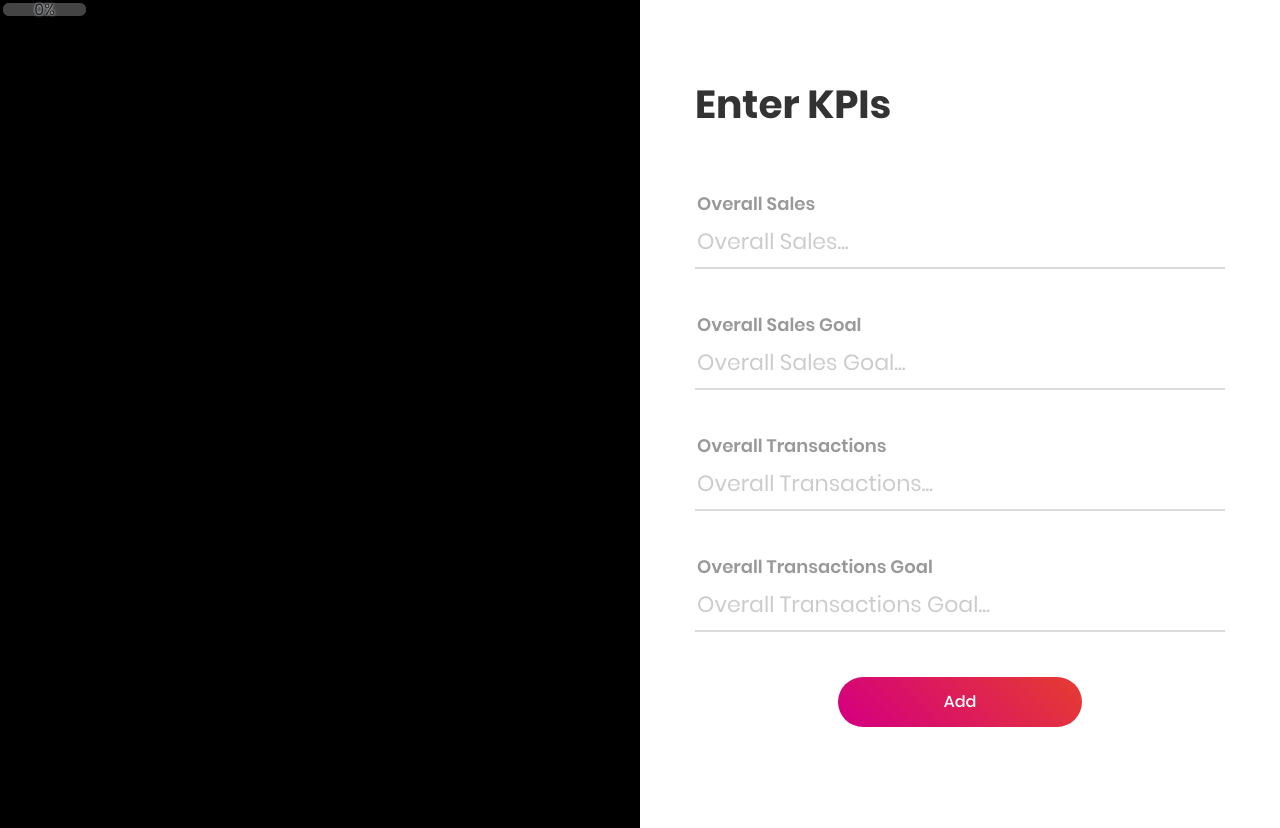
Repository: jameyel/kpi-entry
Page: index.html
These files come from the project's save history. The page is drawn as it stood at one moment and after the next save; the edit follows.
The browser window is 1280 px wide. The pictures show the whole page.

Above is the page before, as saved 2018-12-09 17:47:28.

### index.html
<!DOCTYPE html>
<html lang="en">
  <head>
    <title>Contact V13</title>
    <meta charset="UTF-8" />
    <meta name="viewport" content="width=device-width, initial-scale=1" />
    <!--
      ===============================================================================================
    -->
    <link rel="icon" type="image/png" href="images/icons/favicon.ico" />
    <!--
      ===============================================================================================
    -->
    <link
      rel="stylesheet"
      type="text/css"
      href="vendor/bootstrap/css/bootstrap.min.css"
    />
    <!--
      ===============================================================================================
    -->
    <link
      rel="stylesheet"
      type="text/css"
      href="fonts/font-awesome-4.7.0/css/font-awesome.min.css"
    />
    <!--
      ===============================================================================================
    -->
    <link
      rel="stylesheet"
      type="text/css"
      href="fonts/Linearicons-Free-v1.0.0/icon-font.min.css"
    />
    <!--
      ===============================================================================================
    -->
    <link
      rel="stylesheet"
      type="text/css"
      href="fonts/iconic/css/material-design-iconic-font.min.css"
    />
    <!--
      ===============================================================================================
    -->
    <link rel="stylesheet" type="text/css" href="vendor/animate/animate.css" />
    <!--
      ===============================================================================================
    -->
    <link
      rel="stylesheet"
      type="text/css"
      href="vendor/css-hamburgers/hamburgers.min.css"
    />
    <!--
      ===============================================================================================
    -->
    <link
      rel="stylesheet"
      type="text/css"
      href="vendor/animsition/css/animsition.min.css"
    />
    <!--
      ===============================================================================================
    -->
    <link
      rel="stylesheet"
      type="text/css"
      href="vendor/select2/select2.min.css"
    />
    <!--
      ===============================================================================================
    -->
    <link
      rel="stylesheet"
      type="text/css"
      href="vendor/daterangepicker/daterangepicker.css"
    />
    <link rel="stylesheet" type="text/css" href="./css/loading-bar.css" />
    <!--
      ===============================================================================================
    -->
    <link rel="stylesheet" type="text/css" href="css/util.css" />
    <link rel="stylesheet" type="text/css" href="css/main.css" />
    <!--
      ===============================================================================================
    -->
  </head>
  <body>
    <div class="container-kpi100">
      <div class="kpi100-chart">
        <div class="label-center ld-overall-sales"></div>
      </div>

      <div class="wrap-kpi100">
        <form class="kpi100-form validate-form">
          <span class="kpi100-form-title"> Enter KPIs </span>

          <div
            class="wrap-input100 validate-input"
            data-validate="Overall Sales are required"
          >
            <span class="label-input100">Overall Sales</span>
            <input
              class="input100 overall-sales"
              type="text"
              name="os"
              placeholder="Overall Sales..."
            />
            <span class="focus-input100"></span>
          </div>

          <div
            class="wrap-input100 validate-input"
            data-validate="Valid email is required: ex@abc.xyz"
          >
            <span class="label-input100">Overall Sales Goal</span>
            <input
              class="input100"
              type="text"
              name="osg"
              placeholder="Overall Sales Goal..."
            />
            <span class="focus-input100"></span>
          </div>

          <div class="wrap-input100">
            <span class="label-input100">Overall Transactions</span>
            <input
              class="input100"
              type="text"
              name="ot"
              placeholder="Overall Transactions..."
            />
            <span class="focus-input100"></span>
          </div>

          <div class="wrap-input100">
            <span class="label-input100">Overall Transactions Goal</span>
            <input
              class="input100"
              type="text"
              name="otg"
              placeholder="Overall Transactions Goal..."
            />
            <span class="focus-input100"></span>
          </div>

          <div class="container-kpi100-form-btn">
            <div class="wrap-kpi100-form-btn">
              <div class="kpi100-form-bgbtn"></div>
              <button class="kpi100-form-btn">Add</button>
            </div>
          </div>
        </form>
      </div>
    </div>

    <div id="dropDownSelect1"></div>

    <!--
      ===============================================================================================
    -->
    <script src="vendor/jquery/jquery-3.2.1.min.js"></script>
    <!--
      ===============================================================================================
    -->
    <script src="vendor/animsition/js/animsition.min.js"></script>
    <!--
      ===============================================================================================
    -->
    <script src="vendor/bootstrap/js/popper.js"></script>
    <script src="vendor/bootstrap/js/bootstrap.min.js"></script>
    <!--
      ===============================================================================================
    -->
    <script src="vendor/select2/select2.min.js"></script>
    <!--
      ===============================================================================================
    -->
    <script src="vendor/daterangepicker/moment.min.js"></script>
    <script src="vendor/daterangepicker/daterangepicker.js"></script>
    <!--
      ===============================================================================================
    -->
    <script src="vendor/countdowntime/countdowntime.js"></script>
    <!--
      ===============================================================================================
    -->
    <script src="js/chart-custom.js"></script>
    <!--
      ===============================================================================================
    -->
    <script type="text/javascript" src="./js/loading-bar.js"></script>
    <script src="js/main.js"></script>
  </body>
</html>

### css/main.css
/*//////////////////////////////////////////////////////////////////
[ FONT ]*/

@font-face {
  font-family: Poppins-Regular;
  src: url('../fonts/poppins/Poppins-Regular.ttf');
}

@font-face {
  font-family: Poppins-Medium;
  src: url('../fonts/poppins/Poppins-Medium.ttf');
}

@font-face {
  font-family: Poppins-Bold;
  src: url('../fonts/poppins/Poppins-Bold.ttf');
}

@font-face {
  font-family: Poppins-SemiBold;
  src: url('../fonts/poppins/Poppins-SemiBold.ttf');
}

/*//////////////////////////////////////////////////////////////////
[ RESTYLE TAG ]*/

* {
  margin: 0px;
  padding: 0px;
  box-sizing: border-box;
}

body,
html {
  height: 100%;
  font-family: Poppins-Regular, sans-serif;
}

/*---------------------------------------------*/
a {
  font-family: Poppins-Regular;
  font-size: 14px;
  line-height: 1.7;
  color: #666666;
  margin: 0px;
  transition: all 0.4s;
  -webkit-transition: all 0.4s;
  -o-transition: all 0.4s;
  -moz-transition: all 0.4s;
}

a:focus {
  outline: none !important;
}

a:hover {
  text-decoration: none;
}

/*---------------------------------------------*/
h1,
h2,
h3,
h4,
h5,
h6 {
  margin: 0px;
}

p {
  font-family: Poppins-Regular;
  font-size: 14px;
  line-height: 1.7;
  color: #666666;
  margin: 0px;
}

ul,
li {
  margin: 0px;
  list-style-type: none;
}

/*---------------------------------------------*/
input {
  outline: none;
  border: none;
}

input[type='number'] {
  -moz-appearance: textfield;
  appearance: none;
  -webkit-appearance: none;
}

input[type='number']::-webkit-outer-spin-button,
input[type='number']::-webkit-inner-spin-button {
  -webkit-appearance: none;
}

textarea {
  outline: none;
  border: none;
}

textarea:focus,
input:focus {
  border-color: transparent !important;
}

input:focus::-webkit-input-placeholder {
  color: transparent;
}
input:focus:-moz-placeholder {
  color: transparent;
}
input:focus::-moz-placeholder {
  color: transparent;
}
input:focus:-ms-input-placeholder {
  color: transparent;
}

textarea:focus::-webkit-input-placeholder {
  color: transparent;
}
textarea:focus:-moz-placeholder {
  color: transparent;
}
textarea:focus::-moz-placeholder {
  color: transparent;
}
textarea:focus:-ms-input-placeholder {
  color: transparent;
}

input::-webkit-input-placeholder {
  color: #cccccc;
}
input:-moz-placeholder {
  color: #cccccc;
}
input::-moz-placeholder {
  color: #cccccc;
}
input:-ms-input-placeholder {
  color: #cccccc;
}

textarea::-webkit-input-placeholder {
  color: #cccccc;
}
textarea:-moz-placeholder {
  color: #cccccc;
}
textarea::-moz-placeholder {
  color: #cccccc;
}
textarea:-ms-input-placeholder {
  color: #cccccc;
}

/*---------------------------------------------*/
button {
  outline: none !important;
  border: none;
  background: transparent;
}

button:hover {
  cursor: pointer;
}

iframe {
  border: none !important;
}

/*//////////////////////////////////////////////////////////////////
[ Contact ]*/

.container-kpi100 {
  width: 100%;
  min-height: 100vh;
  display: -webkit-box;
  display: -webkit-flex;
  display: -moz-box;
  display: -ms-flexbox;
  display: flex;
  flex-wrap: wrap;
  justify-content: flex-end;
  align-items: center;
  background: transparent;
  position: relative;
  z-index: 1;
}

.kpi100-chart {
  position: absolute;
  z-index: -2;
  width: calc(100% - 640px);
  height: 100%;
  top: 0;
  left: 0;
  background: #000;
}

.wrap-kpi100 {
  width: 640px;
  min-height: 100vh;
  background: #fff;
  border-radius: 2px;
  padding: 82px 55px 33px 55px;
  position: relative;
}

.show-wrap-kpi100 {
  visibility: visible;
  opacity: 1;
}

/*==================================================================
[ Form ]*/

.kpi100-form {
  width: 100%;
  display: -webkit-box;
  display: -webkit-flex;
  display: -moz-box;
  display: -ms-flexbox;
  display: flex;
  flex-wrap: wrap;
  justify-content: space-between;
  padding-bottom: 68px;
}

.kpi100-form-title {
  display: block;
  width: 100%;
  font-family: Poppins-Bold;
  font-size: 39px;
  color: #333333;
  line-height: 1.2;
  text-align: left;
  padding-bottom: 64px;
}

/*------------------------------------------------------------------
[ Input ]*/

.wrap-input100 {
  width: 100%;
  position: relative;
  border-bottom: 2px solid #dbdbdb;
  margin-bottom: 45px;
}

.label-input100 {
  font-family: Poppins-SemiBold;
  font-size: 18px;
  color: #999999;
  line-height: 1.2;
  padding-left: 2px;
}

.input100 {
  display: block;
  width: 100%;
  background: transparent;
  font-family: Poppins-Regular;
  font-size: 22px;
  color: #555555;
  line-height: 1.2;
  padding: 0 2px;
}

.focus-input100 {
  position: absolute;
  display: block;
  width: 100%;
  height: 100%;
  top: 0;
  left: 0;
  pointer-events: none;
}

.focus-input100::before {
  content: '';
  display: block;
  position: absolute;
  bottom: -2px;
  left: 0;
  width: 0;
  height: 2px;

  -webkit-transition: all 0.4s;
  -o-transition: all 0.4s;
  -moz-transition: all 0.4s;
  transition: all 0.4s;

  background: #df254e;
  background: -webkit-linear-gradient(45deg, #d5007d, #e53935);
  background: -o-linear-gradient(45deg, #d5007d, #e53935);
  background: -moz-linear-gradient(45deg, #d5007d, #e53935);
  background: linear-gradient(45deg, #d5007d, #e53935);
}

/*---------------------------------------------*/
input.input100 {
  height: 50px;
}

textarea.input100 {
  min-height: 140px;
  padding-top: 13px;
  padding-bottom: 13px;
}

.input100:focus + .focus-input100::before {
  width: 100%;
}

.has-val.input100 + .focus-input100::before {
  width: 100%;
}

/*------------------------------------------------------------------
[ Button ]*/
.container-kpi100-form-btn {
  width: 100%;
  display: -webkit-box;
  display: -webkit-flex;
  display: -moz-box;
  display: -ms-flexbox;
  display: flex;
  flex-wrap: wrap;
  justify-content: center;
}

.wrap-kpi100-form-btn {
  display: block;
  position: relative;
  z-index: 1;
  border-radius: 25px;
  overflow: hidden;
}

.kpi100-form-bgbtn {
  position: absolute;
  z-index: -1;
  width: 300%;
  height: 100%;
  background: #df2351;
  background: -webkit-linear-gradient(
    -135deg,
    #d5007d,
    #e53935,
    #d5007d,
    #e53935
  );
  background: -o-linear-gradient(-135deg, #d5007d, #e53935, #d5007d, #e53935);
  background: -moz-linear-gradient(-135deg, #d5007d, #e53935, #d5007d, #e53935);
  background: linear-gradient(-135deg, #d5007d, #e53935, #d5007d, #e53935);
  top: 0;
  left: -100%;
  -webkit-transition: all 0.4s;
  -o-transition: all 0.4s;
  -moz-transition: all 0.4s;
  transition: all 0.4s;
}
.kpi100-form-btn {
  display: -webkit-box;
  display: -webkit-flex;
  display: -moz-box;
  display: -ms-flexbox;
  display: flex;
  justify-content: center;
  align-items: center;
  padding: 0 20px;
  min-width: 244px;
  height: 50px;
  font-family: Poppins-Medium;
  font-size: 16px;
  color: #fff;
  line-height: 1.2;
}
.wrap-kpi100-form-btn:hover .kpi100-form-bgbtn {
  left: 0;
}
/* ------------------------------------------------------------------
[ Responsive ] */
@media (max-width: 576px) {
  .wrap-kpi100 {
    padding: 82px 15px 33px 15px;
  }
}
/* ------------------------------------------------------------------
[ Alert validate ] */
.validate-input {
  position: relative;
}
.alert-validate::before {
  content: attr(data-validate);
  position: absolute;
  max-width: 70%;
  background-color: #fff;
  border: 1px solid #c80000;
  border-radius: 2px;
  padding: 4px 30px 4px 10px;
  bottom: calc((100% - 25px) / 2);
  -webkit-transform: translateY(50%);
  -moz-transform: translateY(50%);
  -ms-transform: translateY(50%);
  -o-transform: translateY(50%);
  transform: translateY(50%);
  right: 2px;
  pointer-events: none;
  font-family: Poppins-Medium;
  color: #c80000;
  font-size: 14px;
  line-height: 1.4;
  text-align: left;
  visibility: hidden;
  opacity: 0;
  -webkit-transition: opacity 0.4s;
  -o-transition: opacity 0.4s;
  -moz-transition: opacity 0.4s;
  transition: opacity 0.4s;
}
.alert-validate::after {
  content: '\f06a';
  font-family: FontAwesome;
  display: block;
  position: absolute;
  color: #c80000;
  font-size: 18px;
  bottom: calc((100% - 25px) / 2);
  -webkit-transform: translateY(50%);
  -moz-transform: translateY(50%);
  -ms-transform: translateY(50%);
  -o-transform: translateY(50%);
  transform: translateY(50%);
  right: 8px;
}
.alert-validate:hover:before {
  visibility: visible;
  opacity: 1;
}
@media (max-width: 992px) {
  .alert-validate::before {
    visibility: visible;
    opacity: 1;
  }
}
.true-validate::after {
  content: '\f26b';
  font-family: Material-Design-Iconic-Font;
  font-size: 22px;
  color: #00ad5f;
  display: -webkit-box;
  display: -webkit-flex;
  display: -moz-box;
  display: -ms-flexbox;
  display: flex;
  align-items: center;
  justify-content: center;
  position: absolute;
  bottom: calc((100% - 25px) / 2);
  -webkit-transform: translateY(50%);
  -moz-transform: translateY(50%);
  -ms-transform: translateY(50%);
  -o-transform: translateY(50%);
  transform: translateY(50%);
  right: 5px;
}
/* ==================================================================
[ Contact more ] */
.kpi100-more {
  font-family: Poppins-Medium;
  font-size: 16px;
  color: #fff;
  position: fixed;
  z-index: -1;
  display: -webkit-box;
  display: -webkit-flex;
  display: -moz-box;
  display: -ms-flexbox;
  display: flex;
  justify-content: center;
  align-items: center;
  min-width: 212px;
  height: 50px;
  border-radius: 25px;
  background-color: #39b54a;
  padding: 0 20px;
  top: 50%;
  left: calc((100% - 640px) / 2);
  -webkit-transform: translate(-50%, -50%);
  -moz-transform: translate(-50%, -50%);
  -ms-transform: translate(-50%, -50%);
  -o-transform: translate(-50%, -50%);
  transform: translate(-50%, -50%);
}
.kpi100-more i {
  font-size: 20px;
  margin-right: 10px;
}
@media (max-width: 1200px) {
  .wrap-kpi100 {
    width: 440px;
  }
  .kpi100-map {
    width: calc(100% - 440px);
  }
  .kpi100-more {
    left: calc((100% - 440px) / 2);
  }
}
@media (max-width: 768px) {
  .wrap-kpi100 {
    width: 100%;
  }
  .kpi100-map {
    display: none;
  }
  .kpi100-more {
    position: absolute;
    background-color: transparent;
    color: #39b54a;
    bottom: 0px;
    top: auto;
    left: 50%;
    z-index: 10;
  }
}

### js/chart-custom.js
$(document).ready(() => {
  new ldBar('.ld-overall-sales', {
    preset: 'energy',
    value: '0'
  });
  //   $('.ld-overall-sales').attr('data-value', '00');
  $('.overall-sales').on('blur', () => {
    // $('.ld-overall-sales').attr('data-value', '20');
    new ldBar('.ld-overall-sales', {
      preset: 'energy',
      value: '20'
    });
  });
});

Loaded but not shown: vendor/bootstrap/css/bootstrap.min.css (library); fonts/font-awesome-4.7.0/css/font-awesome.min.css (library); fonts/Linearicons-Free-v1.0.0/icon-font.min.css (library); fonts/iconic/css/material-design-iconic-font.min.css (library); vendor/animate/animate.css (library); vendor/css-hamburgers/hamburgers.min.css (library); vendor/animsition/css/animsition.min.css (library); vendor/select2/select2.min.css (library); vendor/daterangepicker/daterangepicker.css (library); css/loading-bar.css (common file); vendor/jquery/jquery-3.2.1.min.js (library); vendor/animsition/js/animsition.min.js (library); vendor/bootstrap/js/popper.js (library); vendor/bootstrap/js/bootstrap.min.js (library); vendor/select2/select2.min.js (library); vendor/daterangepicker/moment.min.js (library); vendor/daterangepicker/daterangepicker.js (library); vendor/countdowntime/countdowntime.js (common file); js/loading-bar.js (803 lines, source omitted); js/main.js (94 lines, source omitted); css/util.css (2984 lines, source omitted)

After the next save:
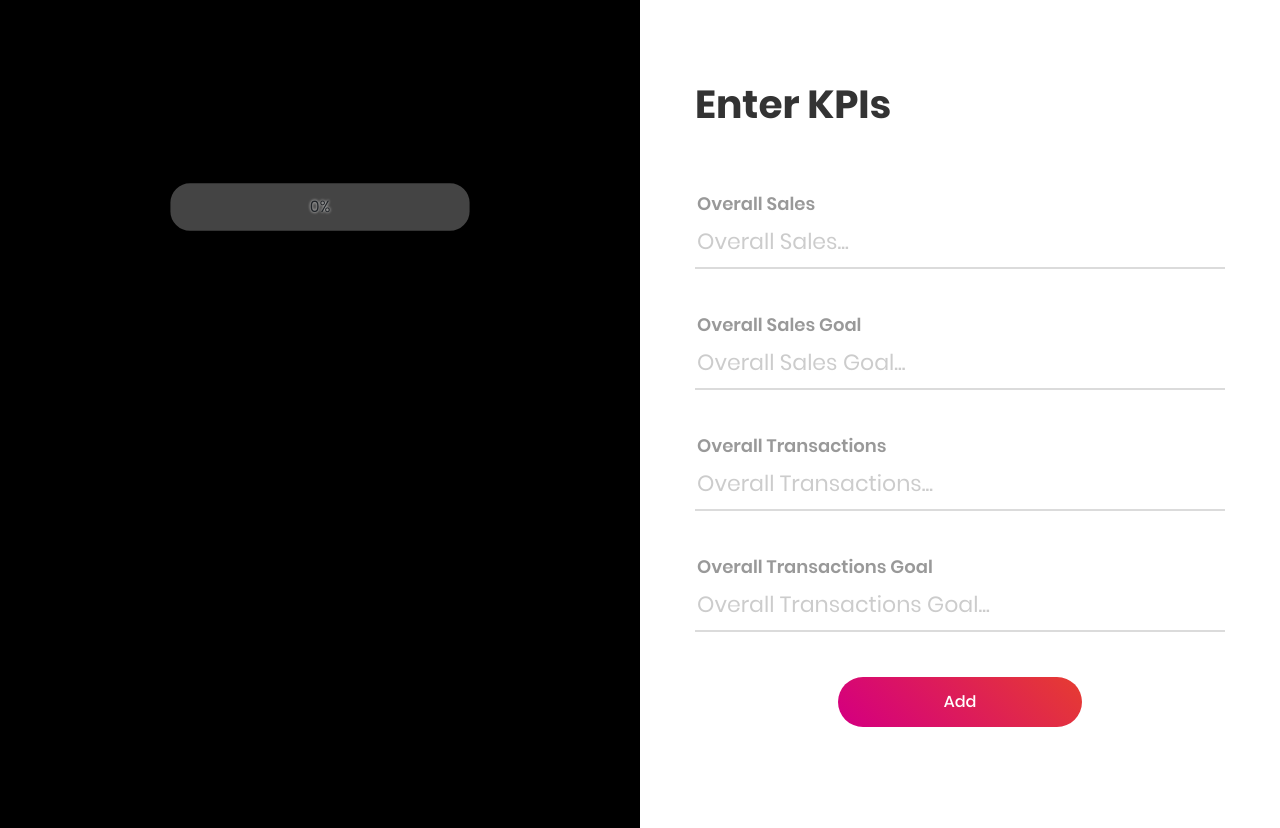
Saved 3 min 54 s later.
--- a/index.html
+++ b/index.html
@@ -89,7 +89,11 @@
   <body>
     <div class="container-kpi100">
       <div class="kpi100-chart">
-        <div class="label-center ld-overall-sales"></div>
+        <div
+          class="ldBar label-center ld-overall-sales"
+          style="width:50%;height:50%;margin:auto"
+          data-preset="energy"
+        ></div>
       </div>
 
       <div class="wrap-kpi100">
--- a/js/chart-custom.js
+++ b/js/chart-custom.js
@@ -1,14 +1,11 @@
 $(document).ready(() => {
-  new ldBar('.ld-overall-sales', {
+  var bar = new ldBar('.ld-overall-sales', {
     preset: 'energy',
     value: '0'
   });
   //   $('.ld-overall-sales').attr('data-value', '00');
   $('.overall-sales').on('blur', () => {
     // $('.ld-overall-sales').attr('data-value', '20');
-    new ldBar('.ld-overall-sales', {
-      preset: 'energy',
-      value: '20'
-    });
+    bar.set(20);
   });
 });
